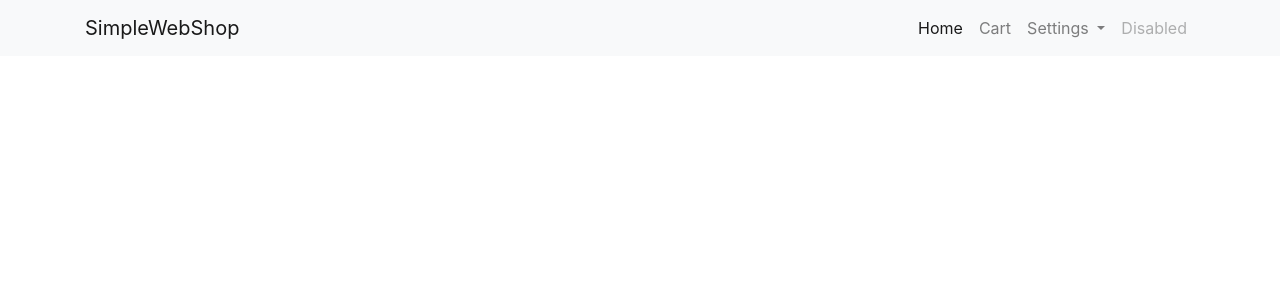
Repository: ClaudiuStoian1229/SimpleWebShop
Page: http://localhost/Simple_shop/
An editor plug-in stored every save of this project. The page is shown before and after the next save, followed by the edit.
The browser window is 1280 px wide. The pictures show the whole page.
Some web libraries are served in a nearby version. The page is served by Tomcat 9. Other server files are loaded and not shown.

Above is the page before, as saved 2022-03-04 00:02:56.

### Simple_shop/src/main/webapp/index.jsp
<%@ page language="java" contentType="text/html; charset=ISO-8859-1"
    pageEncoding="ISO-8859-1"%>
<!DOCTYPE html>
<html>
<head>
<meta charset="ISO-8859-1">
<title>Welcome to simple web shop!</title>
<link rel="stylesheet" href="https://cdn.jsdelivr.net/npm/bootstrap@4.0.0/dist/css/bootstrap.min.css">
</head>
<body>
<nav class="navbar navbar-expand-lg navbar-light bg-light">
<div class="container">
  <a class="navbar-brand" href="#">SimpleWebShop</a>
  <button class="navbar-toggler" type="button" data-toggle="collapse" data-target="#navbarSupportedContent" aria-controls="navbarSupportedContent" aria-expanded="false" aria-label="Toggle navigation">
    <span class="navbar-toggler-icon"></span>
  </button>

  <div class="collapse navbar-collapse" id="navbarSupportedContent">
    <ul class="navbar-nav ml-auto">
      <li class="nav-item active">
        <a class="nav-link" href="index.jsp">Home </a>
      </li>
      <li class="nav-item">
        <a class="nav-link" href="#">Cart</a>
      </li>
      <li class="nav-item dropdown">
        <a class="nav-link dropdown-toggle" href="#" id="navbarDropdown" role="button" data-toggle="dropdown" aria-haspopup="true" aria-expanded="false">
          Settings
        </a>
        <div class="dropdown-menu" aria-labelledby="navbarDropdown">
          <a class="dropdown-item" href="#">Action</a>
          <a class="dropdown-item" href="#">Another action</a>
          <div class="dropdown-divider"></div>
          <a class="dropdown-item" href="#">Something else here</a>
        </div>
      </li>
      <li class="nav-item">
        <a class="nav-link disabled" href="#">Disabled</a>
      </li>
    </ul>

  </div>
  </div>
</nav>
<script src="https://code.jquery.com/jquery-3.2.1.slim.min.js"></script>
<script src="https://cdn.jsdelivr.net/npm/popper.js@1.12.9/dist/umd/popper.min.js"></script>
<script src="https://cdn.jsdelivr.net/npm/bootstrap@4.0.0/dist/js/bootstrap.min.js"></script>
</body>
</html>

After the next save:
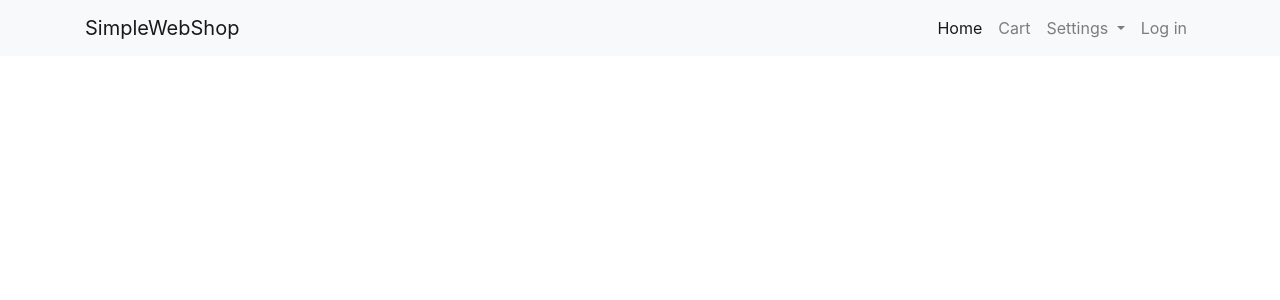
Saved 17 s later.
--- a/Simple_shop/src/main/webapp/index.jsp
+++ b/Simple_shop/src/main/webapp/index.jsp
@@ -35,7 +35,7 @@
         </div>
       </li>
       <li class="nav-item">
-        <a class="nav-link disabled" href="#">Disabled</a>
+        <a class="nav-link " href="#">Log in</a>
       </li>
     </ul>
 
